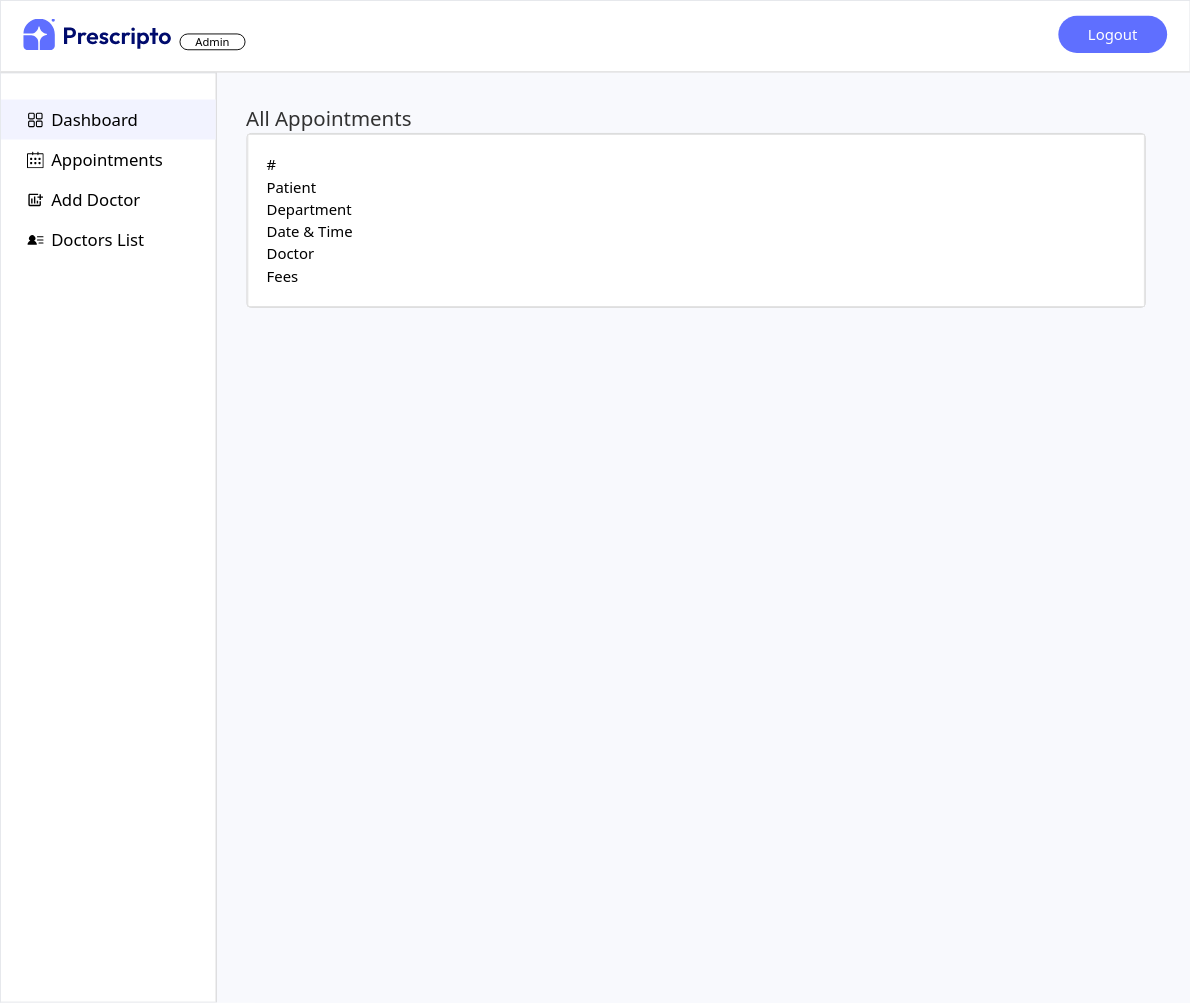
Repository: AzizHamdi99/Prescripto
Page: /allAppointments (app in AdminPanel/)
An editor plug-in stored every save of this project. The page is shown before and after the next save, followed by the edit.
The browser window is 1280 px wide. The pictures show the whole page, at 93% of full size.
The page's requests for data from a server got no answer. The project was rebuilt for these pictures with package versions that can differ from the ones it lists, and the page was loaded fresh each time. No one was signed in, and anything a server would have sent is missing. Also part of the build but not shown: AdminPanel/vite.config.js, AdminPanel/src/componants/AddDoctor.jsx, AdminPanel/src/componants/DocotorsList.jsx.

Above is the page before, as saved 2025-01-17 13:12:36.

### AdminPanel/index.html
<!doctype html>
<html lang="en">
  <head>
    <meta charset="UTF-8" />
    <link rel="icon" type="image/svg+xml" href="/vite.svg" />
    <meta name="viewport" content="width=device-width, initial-scale=1.0" />
    <title>Prescripto Admin</title>
  </head>
  <body>
    <div id="root"></div>
    <script type="module" src="/src/main.jsx"></script>
  </body>
</html>

### AdminPanel/src/main.jsx
import { StrictMode } from 'react'
import { createRoot } from 'react-dom/client'
import './index.css'
import App from './App.jsx'
import { BrowserRouter } from "react-router-dom";

createRoot(document.getElementById('root')).render(
  <BrowserRouter>
    <App />
  </BrowserRouter>,
)

### AdminPanel/src/App.jsx
import { useState } from 'react'
import{Route,Routes} from 'react-router-dom'

import './App.css'
import Navbar from './componants/Navbar'
import SideBar from './componants/SideBar'
import AddDoctor from './componants/AddDoctor'
import DocotorsList from './componants/DocotorsList'
import AllAppointments from './componants/AllAppointments'

function App() {


  return (
    <div>
      <Navbar/>
      <div className='flex'>
      <SideBar/>
      <Routes>
      <Route path='/addDoctor' element={<AddDoctor/>}/>
      <Route path='/doctorsList' element={<DocotorsList/>}/>
      <Route path='allAppointments' element={<AllAppointments/>}/>
      </Routes>
      </div>
    </div>

  )
}

export default App

### AdminPanel/src/componants/Navbar.jsx
import React from 'react'
import { assets } from '../../../frontend/src/assets/assets_frontend/assets'

function Navbar() {
  return (
    <div className='flex items-center justify-between px-6 py-4 pb-5 border-b-[#BEBEBE] border-[1px]  '>
        <div className='flex items-center justify-center'>
        <img src={assets.logo} alt="" className=' w-40 mr-2'  />
         <p className=' px-4 border-black border 1 rounded-xl font-light text-xs relative top-2'>Admin</p>
                </div>
        <span className='py-2 px-8 rounded-3xl bg-[#5F6FFF] text-white'>Logout</span>



    </div>
  )
}

export default Navbar

### AdminPanel/src/componants/SideBar.jsx
import React from 'react'
import { assets } from '../../../frontend/src/assets/assets_frontend/assets'
import { RxDashboard } from "react-icons/rx";
import { SlCalender } from "react-icons/sl";
import { MdAddChart } from "react-icons/md";
import { PiUserListFill } from "react-icons/pi";
import { useNavigate } from 'react-router-dom';


function SideBar() {
  const navigate=useNavigate();
  return (
    <div className='flex flex-col py-7 w-72 text-[18px] border-r-[#BEBEBE] border-[1px] h-[1000px]'>
        <div className='flex items-center gap-2  px-7 py-2 bg-[#F2F3FF] cursor-pointer'>
        <RxDashboard />
        <p>Dashboard</p>
        </div>
        <div onClick={()=>navigate("/allAppointments")} className='flex items-center gap-2 px-7 py-2  cursor-pointer' >
        <SlCalender />
        <p>Appointments</p>
        </div>
        <div onClick={()=>navigate("/addDoctor")} className='flex items-center gap-2 px-7 py-2  cursor-pointer'>
        <MdAddChart />
        <p>Add Doctor</p>
        </div>
        <div onClick={()=>navigate("/doctorsList")}  className='flex items-center gap-2 px-7 py-2  cursor-pointer'>
        <PiUserListFill />
        <p>Doctors List</p>
        </div>

    </div>
  )
}

export default SideBar

### AdminPanel/src/componants/AllAppointments.jsx
import axios from 'axios'
import React, { useEffect, useState } from 'react'

function AllAppointments() {
const[appointments,setAppointments]=useState([])
const [users,setUsers]=useState([])
const [doctors,setDoctors]=useState([])

useEffect(()=>{
    const getAllApointments=async()=>{
        try{
            const response=await axios.get('http://localhost:3000/api/appointment/getAllAppointments')
            setAppointments(response.data)
         //   console.log(response.data)
            console.log(appointments)
        }catch(eroor){
            console.log(eroor)
        }
    }

    const getAllUsers=async()=>{
        try{
            const response=await axios.get('http://localhost:3000/api/user/getAllUsers')
            setUsers(response.data)
            console.log(users)
        }catch(error){
            console.log(error)
        }
    }
    const getAllDoctors=async()=>{
        try{
            const response= await axios.get('http://localhost:3000/api/doctors/getAllDoctors')
            //console.log(response.data)
            setDoctors(response.data);

        }catch(error){
            console.error('eroorr fetching daata',error)
        }


    }
    getAllApointments()
    getAllUsers()
    getAllDoctors()

},[])
useEffect(() => {
    console.log( appointments); // Log updated state
}, [appointments]); // Log whenever the state changes

  return (
    <div className='p-8 pr-12 bg-[#f8f9fd] w-full'>
        <p className='text-[22px] text-[#323232] font-[500]'>All Appointments</p>
        <div className='border-[1px] border-[#D8D8D8] rounded-[5px] bg-white '>
            <div className='border-[1px] border-[#E1E1E1] p-5 grid grid-row'>
                <p>#</p>
                <p>Patient</p>
                <p>Department</p>
                <p>Date & Time</p>
                <p>Doctor</p>
                <p>Fees</p>
            </div>
            <div>
                {appointments.map((item)=>{
                    const user=users.find((u)=>u.id==item.user_id)
                    const doctor=doctors.find((d)=>d.id==item.doctor_id)
                    return(
                        <div>
                            <p>{item.id}</p>
                            <p>{user.name}</p>
                            <p>{doctor.speciality}</p>
                            <p>{item.time}</p>
                            <div>
                                <img src={`http://localhost:3000/${doctor.image}`} alt="" />
                                <p>{doctor.name}</p>

                            </div>
                            <p>{doctor.fees}</p>

                        </div>
                    )




                })}

            </div>

        </div>

    </div>
  )
}

export default AllAppointments

### frontend/src/assets/assets_frontend/assets.js
import appointment_img from './appointment_img.png'
import header_img from './header_img.png'
import group_profiles from './group_profiles.png'
import profile_pic from './profile_pic.png'
import contact_image from './contact_image.png'
import about_image from './about_image.png'
import logo from './logo.svg'
import dropdown_icon from './dropdown_icon.svg'
import dropup_icon from './arrow-drop-up.svg'
import menu_icon from './menu_icon.svg'
import cross_icon from './cross_icon.png'
import chats_icon from './chats_icon.svg'
import verified_icon from './verified_icon.svg'
import arrow_icon from './arrow_icon.svg'
import info_icon from './info_icon.svg'
import upload_icon from './upload_icon.png'
import stripe_logo from './stripe_logo.png'
import razorpay_logo from './razorpay_logo.png'
import doc1 from './doc1.png'
import doc2 from './doc2.png'
import doc3 from './doc3.png'
import doc4 from './doc4.png'
import doc5 from './doc5.png'
import doc6 from './doc6.png'
import doc7 from './doc7.png'
import doc8 from './doc8.png'
import doc9 from './doc9.png'
import doc10 from './doc10.png'
import doc11 from './doc11.png'
import doc12 from './doc12.png'
import doc13 from './doc13.png'
import doc14 from './doc14.png'
import doc15 from './doc15.png'
import Dermatologist from './Dermatologist.svg'
import Gastroenterologist from './Gastroenterologist.svg'
import General_physician from './General_physician.svg'
import Gynecologist from './Gynecologist.svg'
import Neurologist from './Neurologist.svg'
import Pediatricians from './Pediatricians.svg'
import uploadare from './upload_area.png'


export const assets = {
    appointment_img,
    header_img,
    group_profiles,
    logo,
    chats_icon,
    verified_icon,
    info_icon,
    profile_pic,
    arrow_icon,
    contact_image,
    about_image,
    menu_icon,
    cross_icon,
    dropdown_icon,
    upload_icon,
    stripe_logo,
    razorpay_logo,
    dropup_icon,
    uploadare
}

export const specialityData = [
    {
        speciality: 'General physician',
        image: General_physician
    },
    {
        speciality: 'Gynecologist',
        image: Gynecologist
    },
    {
        speciality: 'Dermatologist',
        image: Dermatologist
    },
    {
        speciality: 'Pediatricians',
        image: Pediatricians
    },
    {
        speciality: 'Neurologist',
        image: Neurologist
    },
    {
        speciality: 'Gastroenterologist',
        image: Gastroenterologist
    },
]

export const doctors = [
    {
        _id: 'doc1',
        name: 'Dr. Richard James',
        image: doc1,
        speciality: 'General physician',
        degree: 'MBBS',
        experience: '4 Years',
        about: 'Dr. Davis has a strong commitment to delivering comprehensive medical care, focusing on preventive medicine, early diagnosis, and effective treatment strategies. Dr. Davis has a strong commitment to delivering comprehensive medical care, focusing on preventive medicine, early diagnosis, and effective treatment strategies.',
        fees: 50,
        address: {
            line1: '17th Cross, Richmond',
            line2: 'Circle, Ring Road, London'
        }
    },
    {
        _id: 'doc2',
        name: 'Dr. Emily Larson',
        image: doc2,
        speciality: 'Gynecologist',
        degree: 'MBBS',
        experience: '3 Years',
        about: 'Dr. Davis has a strong commitment to delivering comprehensive medical care, focusing on preventive medicine, early diagnosis, and effective treatment strategies. Dr. Davis has a strong commitment to delivering comprehensive medical care, focusing on preventive medicine, early diagnosis, and effective treatment strategies.',
        fees: 60,
        address: {
            line1: '27th Cross, Richmond',
            line2: 'Circle, Ring Road, London'
        }
    },
    {
        _id: 'doc3',
        name: 'Dr. Sarah Patel',
        image: doc3,
        speciality: 'Dermatologist',
        degree: 'MBBS',
        experience: '1 Years',
        about: 'Dr. Davis has a strong commitment to delivering comprehensive medical care, focusing on preventive medicine, early diagnosis, and effective treatment strategies. Dr. Davis has a strong commitment to delivering comprehensive medical care, focusing on preventive medicine, early diagnosis, and effective treatment strategies.',
        fees: 30,
        address: {
            line1: '37th Cross, Richmond',
            line2: 'Circle, Ring Road, London'
        }
    },
    {
        _id: 'doc4',
        name: 'Dr. Christopher Lee',
        image: doc4,
        speciality: 'Pediatricians',
        degree: 'MBBS',
        experience: '2 Years',
        about: 'Dr. Davis has a strong commitment to delivering comprehensive medical care, focusing on preventive medicine, early diagnosis, and effective treatment strategies. Dr. Davis has a strong commitment to delivering comprehensive medical care, focusing on preventive medicine, early diagnosis, and effective treatment strategies.',
        fees: 40,
        address: {
            line1: '47th Cross, Richmond',
            line2: 'Circle, Ring Road, London'
        }
    },
    {
        _id: 'doc5',
        name: 'Dr. Jennifer Garcia',
        image: doc5,
        speciality: 'Neurologist',
        degree: 'MBBS',
        experience: '4 Years',
        about: 'Dr. Davis has a strong commitment to delivering comprehensive medical care, focusing on preventive medicine, early diagnosis, and effective treatment strategies. Dr. Davis has a strong commitment to delivering comprehensive medical care, focusing on preventive medicine, early diagnosis, and effective treatment strategies.',
        fees: 50,
        address: {
            line1: '57th Cross, Richmond',
            line2: 'Circle, Ring Road, London'
        }
    },
    {
        _id: 'doc6',
        name: 'Dr. Andrew Williams',
        image: doc6,
        speciality: 'Neurologist',
        degree: 'MBBS',
        experience: '4 Years',
        about: 'Dr. Davis has a strong commitment to delivering comprehensive medical care, focusing on preventive medicine, early diagnosis, and effective treatment strategies. Dr. Davis has a strong commitment to delivering comprehensive medical care, focusing on preventive medicine, early diagnosis, and effective treatment strategies.',
        fees: 50,
        address: {
            line1: '57th Cross, Richmond',
            line2: 'Circle, Ring Road, London'
        }
    },
    {
        _id: 'doc7',
        name: 'Dr. Christopher Davis',
        image: doc7,
        speciality: 'General physician',
        degree: 'MBBS',
        experience: '4 Years',
        about: 'Dr. Davis has a strong commitment to delivering comprehensive medical care, focusing on preventive medicine, early diagnosis, and effective treatment strategies. Dr. Davis has a strong commitment to delivering comprehensive medical care, focusing on preventive medicine, early diagnosis, and effective treatment strategies.',
        fees: 50,
        address: {
            line1: '17th Cross, Richmond',
            line2: 'Circle, Ring Road, London'
        }
    },
    {
        _id: 'doc8',
        name: 'Dr. Timothy White',
        image: doc8,
        speciality: 'Gynecologist',
        degree: 'MBBS',
        experience: '3 Years',
        about: 'Dr. Davis has a strong commitment to delivering comprehensive medical care, focusing on preventive medicine, early diagnosis, and effective treatment strategies. Dr. Davis has a strong commitment to delivering comprehensive medical care, focusing on preventive medicine, early diagnosis, and effective treatment strategies.',
        fees: 60,
        address: {
            line1: '27th Cross, Richmond',
            line2: 'Circle, Ring Road, London'
        }
    },
    {
        _id: 'doc9',
        name: 'Dr. Ava Mitchell',
        image: doc9,
        speciality: 'Dermatologist',
        degree: 'MBBS',
        experience: '1 Years',
        about: 'Dr. Davis has a strong commitment to delivering comprehensive medical care, focusing on preventive medicine, early diagnosis, and effective treatment strategies. Dr. Davis has a strong commitment to delivering comprehensive medical care, focusing on preventive medicine, early diagnosis, and effective treatment strategies.',
        fees: 30,
        address: {
            line1: '37th Cross, Richmond',
            line2: 'Circle, Ring Road, London'
        }
    },
    {
        _id: 'doc10',
        name: 'Dr. Jeffrey King',
        image: doc10,
        speciality: 'Pediatricians',
        degree: 'MBBS',
        experience: '2 Years',
        about: 'Dr. Davis has a strong commitment to delivering comprehensive medical care, focusing on preventive medicine, early diagnosis, and effective treatment strategies. Dr. Davis has a strong commitment to delivering comprehensive medical care, focusing on preventive medicine, early diagnosis, and effective treatment strategies.',
        fees: 40,
        address: {
            line1: '47th Cross, Richmond',
            line2: 'Circle, Ring Road, London'
        }
    },
    {
        _id: 'doc11',
        name: 'Dr. Zoe Kelly',
        image: doc11,
        speciality: 'Neurologist',
        degree: 'MBBS',
        experience: '4 Years',
        about: 'Dr. Davis has a strong commitment to delivering comprehensive medical care, focusing on preventive medicine, early diagnosis, and effective treatment strategies. Dr. Davis has a strong commitment to delivering comprehensive medical care, focusing on preventive medicine, early diagnosis, and effective treatment strategies.',
        fees: 50,
        address: {
            line1: '57th Cross, Richmond',
            line2: 'Circle, Ring Road, London'
        }
    },
    {
        _id: 'doc12',
        name: 'Dr. Patrick Harris',
        image: doc12,
        speciality: 'Neurologist',
        degree: 'MBBS',
        experience: '4 Years',
        about: 'Dr. Davis has a strong commitment to delivering comprehensive medical care, focusing on preventive medicine, early diagnosis, and effective treatment strategies. Dr. Davis has a strong commitment to delivering comprehensive medical care, focusing on preventive medicine, early diagnosis, and effective treatment strategies.',
        fees: 50,
        address: {
            line1: '57th Cross, Richmond',
            line2: 'Circle, Ring Road, London'
        }
    },
    {
        _id: 'doc13',
        name: 'Dr. Chloe Evans',
        image: doc13,
        speciality: 'General physician',
        degree: 'MBBS',
        experience: '4 Years',
        about: 'Dr. Davis has a strong commitment to delivering comprehensive medical care, focusing on preventive medicine, early diagnosis, and effective treatment strategies. Dr. Davis has a strong commitment to delivering comprehensive medical care, focusing on preventive medicine, early diagnosis, and effective treatment strategies.',
        fees: 50,
        address: {
            line1: '17th Cross, Richmond',
            line2: 'Circle, Ring Road, London'
        }
    },
    {
        _id: 'doc14',
        name: 'Dr. Ryan Martinez',
        image: doc14,
        speciality: 'Gynecologist',
        degree: 'MBBS',
        experience: '3 Years',
        about: 'Dr. Davis has a strong commitment to delivering comprehensive medical care, focusing on preventive medicine, early diagnosis, and effective treatment strategies. Dr. Davis has a strong commitment to delivering comprehensive medical care, focusing on preventive medicine, early diagnosis, and effective treatment strategies.',
        fees: 60,
        address: {
            line1: '27th Cross, Richmond',
            line2: 'Circle, Ring Road, London'
        }
    },
    {
        _id: 'doc15',
        name: 'Dr. Amelia Hill',
        image: doc15,
        speciality: 'Dermatologist',
        degree: 'MBBS',
        experience: '1 Years',
        about: 'Dr. Davis has a strong commitment to delivering comprehensive medical care, focusing on preventive medicine, early diagnosis, and effective treatment strategies. Dr. Davis has a strong commitment to delivering comprehensive medical care, focusing on preventive medicine, early diagnosis, and effective treatment strategies.',
        fees: 30,
        address: {
            line1: '37th Cross, Richmond',
            line2: 'Circle, Ring Road, London'
        }
    },
]

Loaded but not shown: AdminPanel/src/index.css (common file); AdminPanel/tailwind.config.js (common file); AdminPanel/src/App.css (no stored copy; drawn as an empty file)

After the next save:
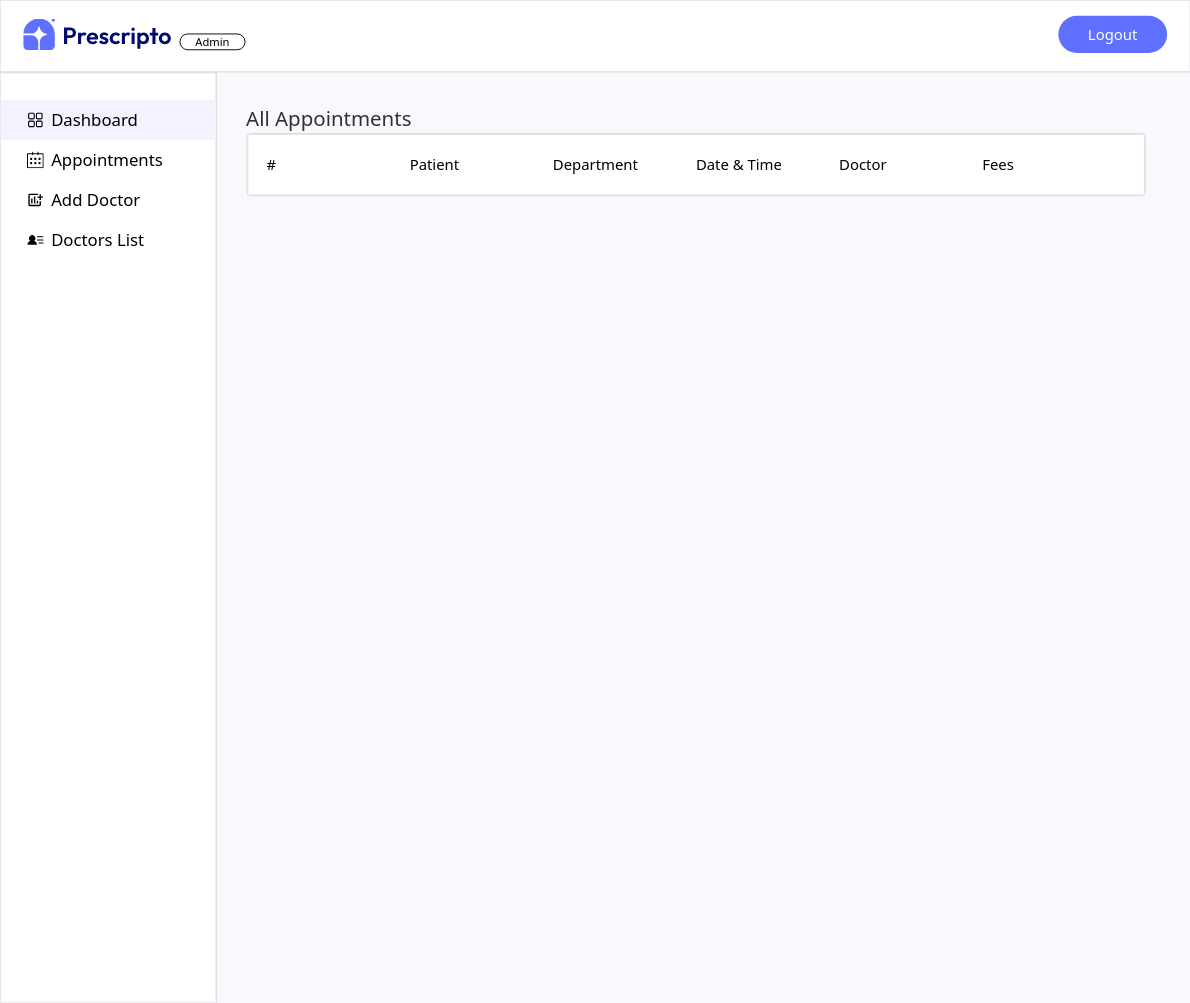
Saved 15 s later.
--- a/AdminPanel/src/componants/AllAppointments.jsx
+++ b/AdminPanel/src/componants/AllAppointments.jsx
@@ -52,7 +52,7 @@
     <div className='p-8 pr-12 bg-[#f8f9fd] w-full'>
         <p className='text-[22px] text-[#323232] font-[500]'>All Appointments</p>
         <div className='border-[1px] border-[#D8D8D8] rounded-[5px] bg-white '>
-            <div className='border-[1px] border-[#E1E1E1] p-5 grid grid-row'>
+            <div className='border-[1px] border-[#E1E1E1] p-5 grid grid-cols-6'>
                 <p>#</p>
                 <p>Patient</p>
                 <p>Department</p>
